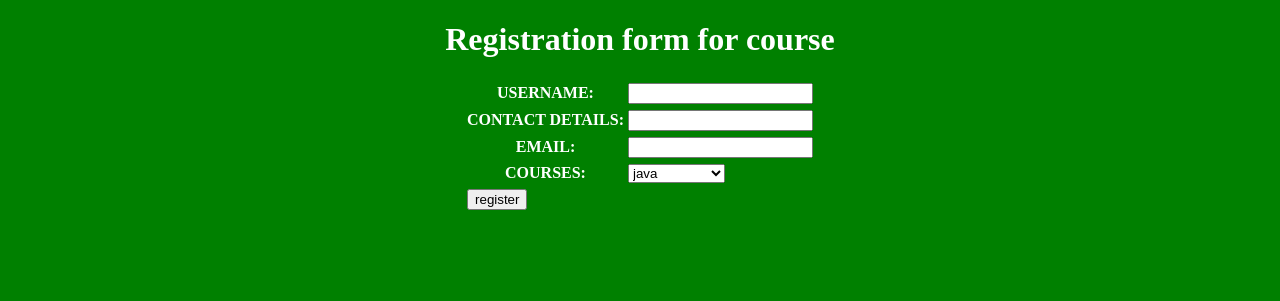
Repository: lalitkrchoudhary/Servlet-notes
Page: RequestServletApp/src/main/webapp/register.html
These files come from the project's save history. The page is drawn as it stood at one moment and after the next save; the edit follows.
The browser window is 1280 px wide. The pictures show the whole page.

Above is the page before, as saved 2024-04-29 13:33:43.

### RequestServletApp/src/main/webapp/register.html
<!DOCTYPE html>
<html>
<head>
<meta charset="UTF-8">
<title>Insert title here</title>
</head>
<body style="background-color:green; color:white;" >
<center>
<h1>Registration form for course </h1>
<form method="post">
<table>
<tr>
<th>USERNAME: </th>
<td><input type="text" name="username"   /></td>
<tr>

<tr>
<th>CONTACT DETAILS: </th>
<td><input type="number" name="number"   /></td>
<tr>

<tr>
<th>EMAIL: </th>
<td><input type="text" name="email"   /></td>
<tr>

<tr>
<th>COURSES: </th>
<td>
<select>
<option> java </option>
<option> hibernate </option>
<option> spring </option>
<option> microservice </option>
</select>

</td>
<tr >

<tr >

<td ><input type="submit" value="register"    /></td>
<tr>


</table>
</form>
</center>

</body>
</html>

After the next save:
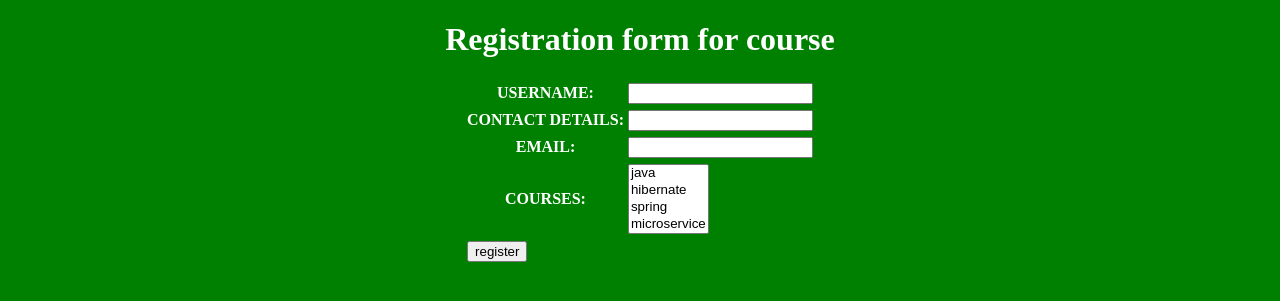
Saved 2 min 3 s later.
--- a/RequestServletApp/src/main/webapp/register.html
+++ b/RequestServletApp/src/main/webapp/register.html
@@ -27,11 +27,11 @@
 <tr>
 <th>COURSES: </th>
 <td>
-<select>
-<option> java </option>
-<option> hibernate </option>
-<option> spring </option>
-<option> microservice </option>
+<select name="course" multiple="multiple">
+<option value="java"> java </option>
+<option value="hibernate"> hibernate </option>
+<option value="spring"> spring </option>
+<option value ="microservice"> microservice </option>
 </select>
 
 </td>
